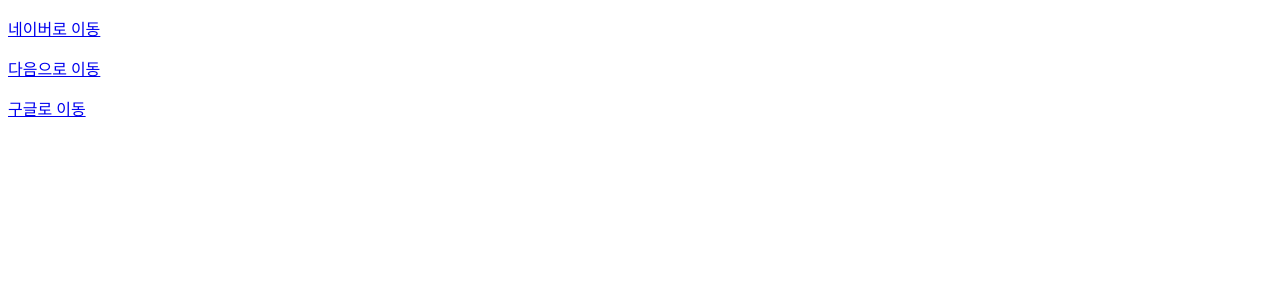
Repository: KimHeonSeung/TJE_HTML
Page: sources/day_01/WebContent/a.html
The author's editor kept a copy of each file at every save. The page is drawn from the files as they stood at one save, then again after the next save.
The browser window is 1280 px wide. The pictures show the whole page.

Above is the page before, as saved 2019-05-10 03:48:11.

After the next save:
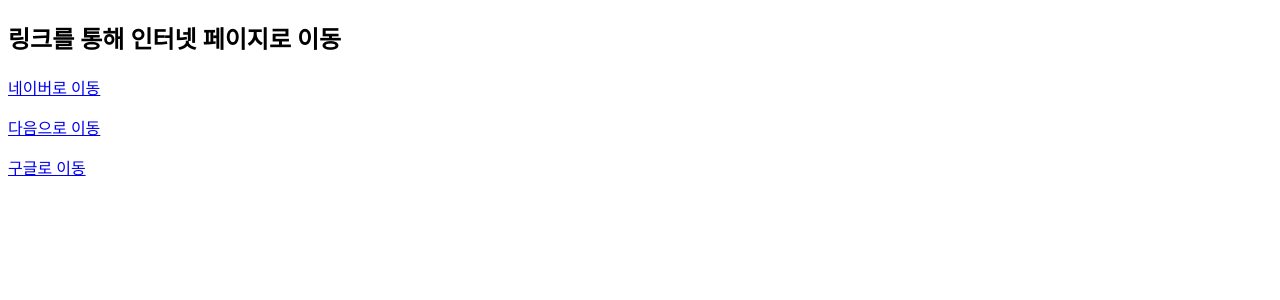
Saved 29 s later.
--- a/sources/day_01/WebContent/a.html
+++ b/sources/day_01/WebContent/a.html
@@ -5,7 +5,7 @@
 <title>a 태그를 이용한 화면이동</title>
 </head>
 <body>
-
+<h2>링크를 통해 인터넷 페이지로 이동</h2>
 <p><a href="https://www.naver.com">네이버로 이동</a></p>
 <p><a href="https://www.daum.net">다음으로 이동</a></p>
 <p><a href="https://www.google.com">구글로 이동</a></p>
